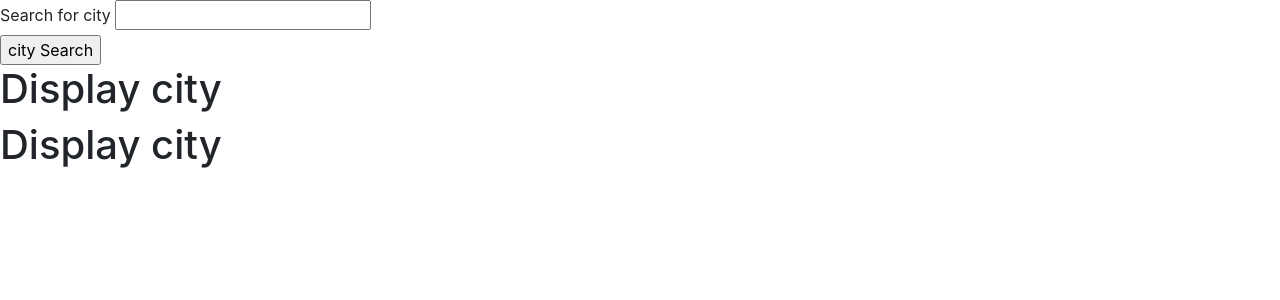
Repository: Mf948/YourWeather
Page: index.html
These files come from the project's save history. The page is drawn as it stood at one moment and after a run of saves; the edit follows.
The browser window is 1280 px wide. The pictures show the whole page.
Some web libraries are served in a nearby version.

Above is the page before, as saved 2020-12-14 20:05:40.

After the next 3 saves:
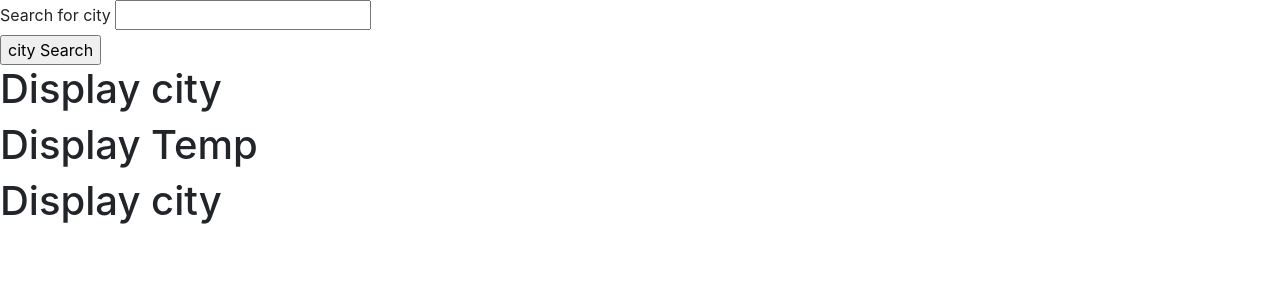
The 3 saves are shown as one change because they came seconds apart.
The last was saved 9 s later.
--- a/index.html
+++ b/index.html
@@ -16,7 +16,8 @@
     </form>
 <div id="city1">
     <h1 id ="displaycity">Display city</h1>
-    <h1 id ="temmpdisplay">Display city</h1>
+    <h1 id ="temmpdisplay">Display Temp</h1>
+    <h1 id ="displaycity">Display city</h1>
 </div>
 <div id="city1"></div>
 
